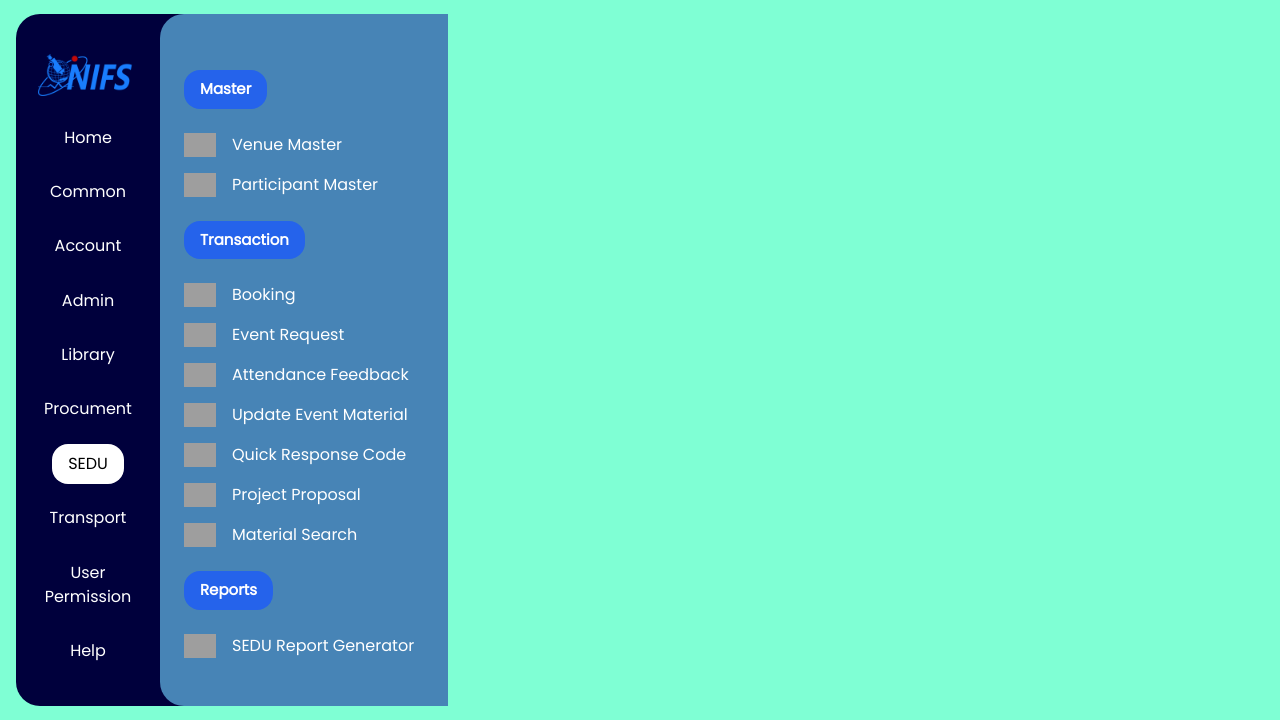
Repository: virangaj/NIFS-WebApp
Page: /sedu (app in client/)
These files come from the project's save history. The page is drawn as it stood at one moment and after the next save; the edit follows.
The browser window is 1280 px wide. The pictures show the whole page.
Pictures or frames that could not be fetched are drawn as grey boxes. The project was rebuilt for these pictures with package versions that can differ from the ones it lists, and the page was loaded fresh each time. Also part of the build but not shown: client/src/pages/Login.tsx, client/src/pages/Home.tsx, client/src/components/Transport/shared/TransportNavbar.js, client/src/pages/TransportMainPage.tsx, client/src/pages/CommonMainPage.tsx, client/src/pages/AccountMainPage.tsx, client/src/pages/AdminMainPage.tsx, client/src/pages/LibraryMainPage.js and 15 more.

Above is the page before, as saved 2022-07-30 23:34:48.

After the next save:
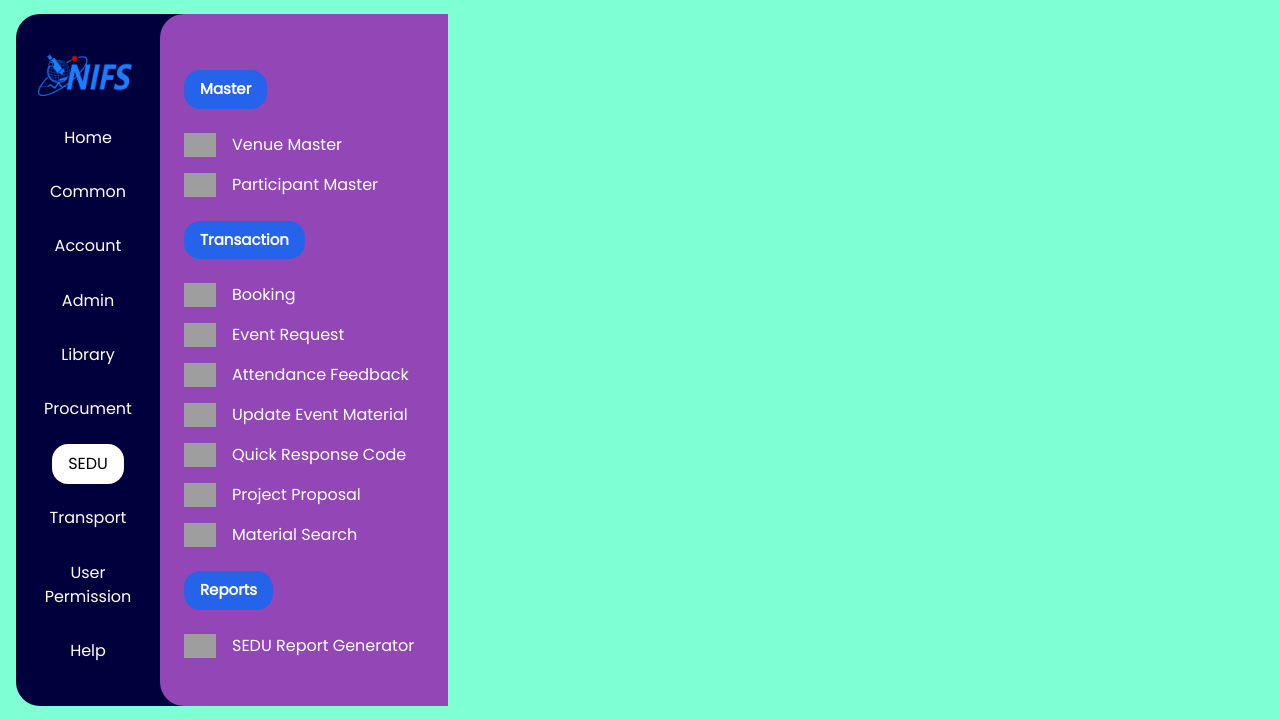
Saved 18 s later.
--- a/client/src/index.css
+++ b/client/src/index.css
@@ -28,7 +28,7 @@ body {
   --border-radius: 10px;
   --pimary: rgb(10, 94, 133);
   --warning: #ed3d63;
-  --secondary-nav-color: rgb(71, 132, 182);
+  --secondary-nav-color: rgb(147, 71, 182);
 }
 
 
